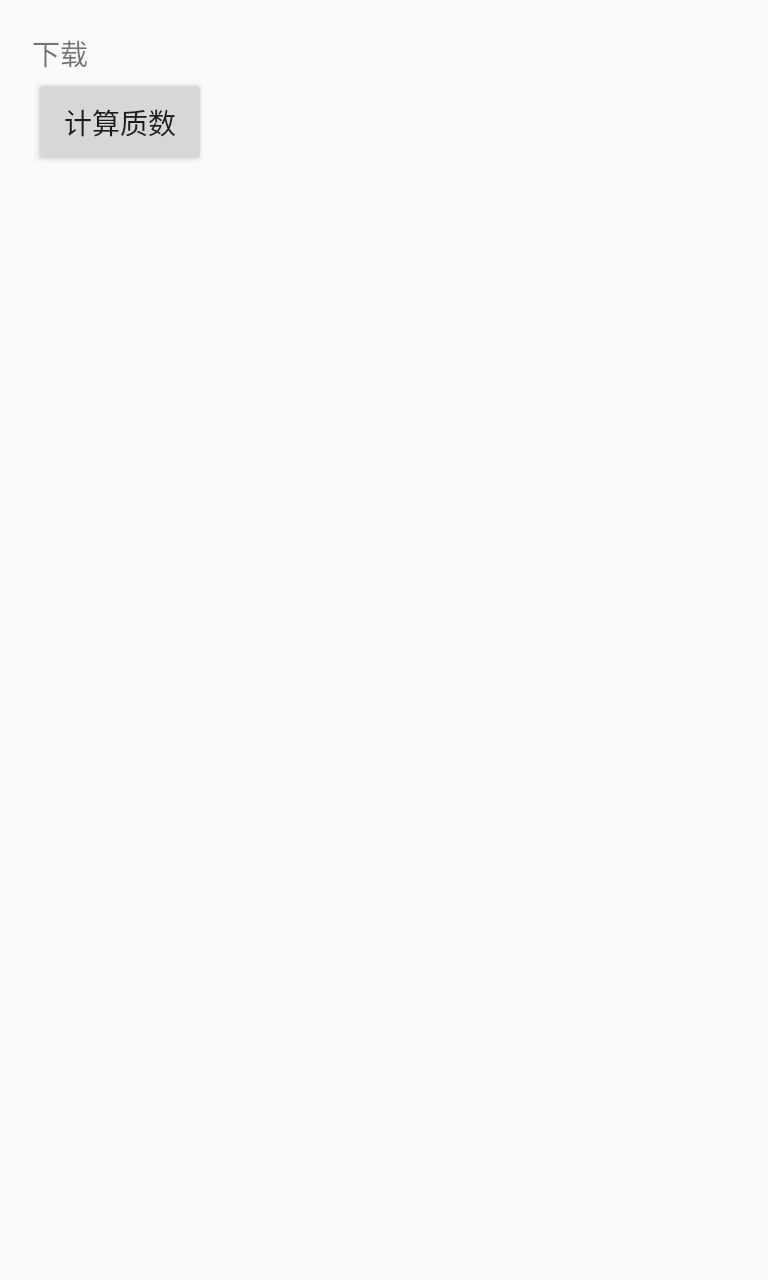
Repository: 18810012802/creazyAndroid
Layout: workspace3/AsyncTask/res/layout/activity_main.xml
An editor plug-in stored every save of this project. The layout is shown before and after the next save, followed by the edit.
It is drawn on a 768 x 1280 px phone screen (xhdpi) without system bars, with theme AppTheme; the app's code is not run.

Above is the layout before, as saved 2016-04-30 14:15:58.

### workspace3/AsyncTask/res/layout/activity_main.xml
<RelativeLayout xmlns:android="http://schemas.android.com/apk/res/android"
    xmlns:tools="http://schemas.android.com/tools"
    android:layout_width="match_parent"
    android:layout_height="match_parent"
    android:paddingBottom="@dimen/activity_vertical_margin"
    android:paddingLeft="@dimen/activity_horizontal_margin"
    android:paddingRight="@dimen/activity_horizontal_margin"
    android:paddingTop="@dimen/activity_vertical_margin"
    tools:context="com.example.helloworld.MainActivity$PlaceholderFragment" >

    <TextView
        android:id="@+id/show"
        android:layout_width="wrap_content"
        android:layout_height="wrap_content"
		android:text="下载"/>
	<Button
	    android:layout_width="wrap_content"
	    android:layout_height="wrap_content"
	    android:layout_below="@id/show"
	    android:id="@+id/bn"
	    android:text="计算质数"/>
</RelativeLayout>

Loaded but not shown: workspace3/AsyncTask/res/values/styles.xml (common file); workspace3/AsyncTask/res/values-v11/styles.xml (common file); workspace3/AsyncTask/res/values-v14/styles.xml (common file); workspace3/AsyncTask/res/values/dimens.xml (common file); workspace3/AsyncTask/res/values-w820dp/dimens.xml (common file)

After the next save:
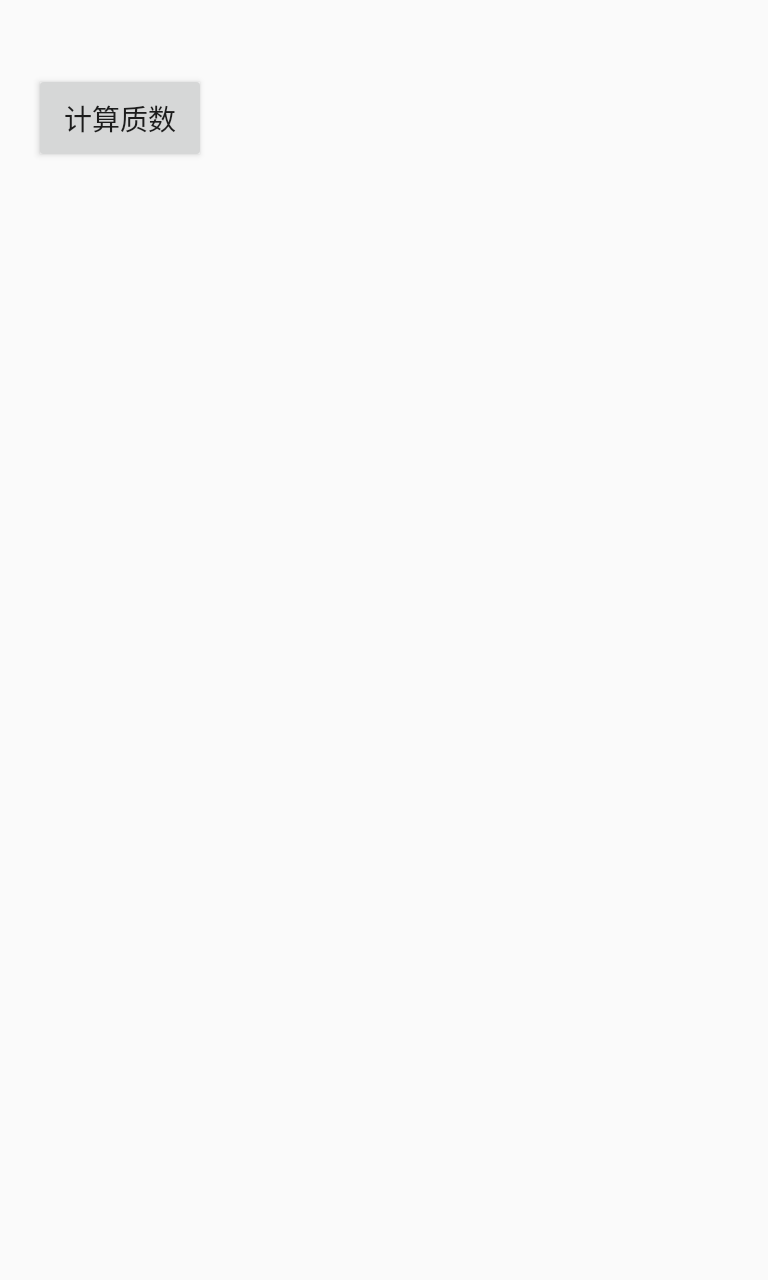
Saved 19 s later.
--- a/workspace3/AsyncTask/res/layout/activity_main.xml
+++ b/workspace3/AsyncTask/res/layout/activity_main.xml
@@ -12,7 +12,7 @@
         android:id="@+id/show"
         android:layout_width="wrap_content"
         android:layout_height="wrap_content"
-		android:text="下载"/>
+		/>
 	<Button
 	    android:layout_width="wrap_content"
 	    android:layout_height="wrap_content"
